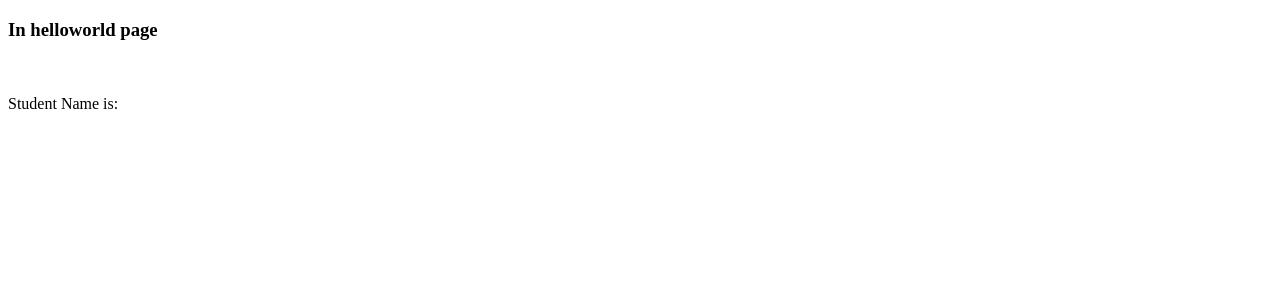
Repository: BhautikSakhiya/spring-learn
Page: http://localhost/spring-mvc-demo/processForm
An editor plug-in stored every save of this project. The page is shown before and after the next save, followed by the edit.
The browser window is 1280 px wide. The pictures show the whole page.
The page is served by Tomcat 9.

Above is the page before, as saved 2022-07-04 07:26:55.

After the next save:
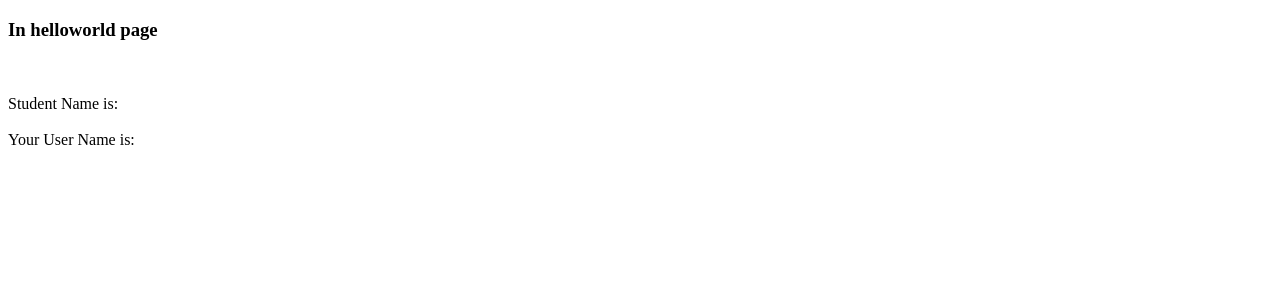
Saved 62 s later.
--- a/spring-mvc-demo/WebContent/WEB-INF/view/helloworld.jsp
+++ b/spring-mvc-demo/WebContent/WEB-INF/view/helloworld.jsp
@@ -9,5 +9,7 @@
 <body>
 <h3>In helloworld page</h3><br><br>
 Student Name is:${param.name}
+<br><br>
+Your User Name is: ${param.message}
 </body>
 </html>
